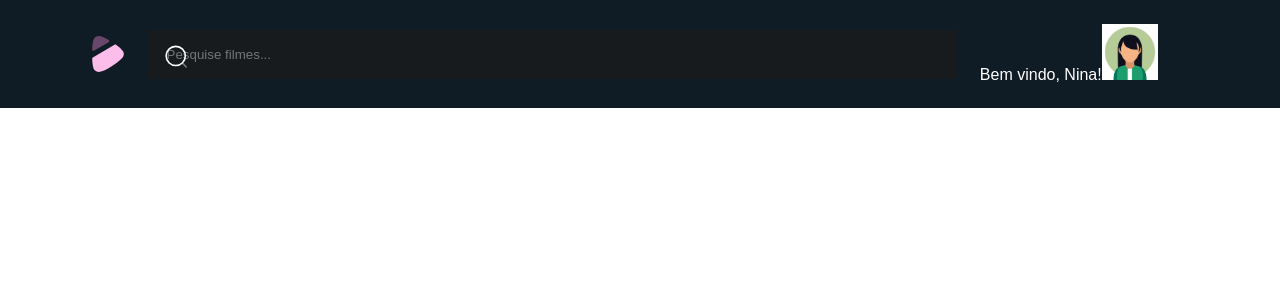
Repository: MilenaMelo/Cubos-Flix
Page: / (app in cubos-flix/)
An editor plug-in stored every save of this project. The page is shown before and after the next save, followed by the edit.
The browser window is 1280 px wide. The pictures show the whole page.
The project was rebuilt for these pictures with package versions that can differ from the ones it lists, and the page was loaded fresh each time.

Above is the page before, as saved 2021-06-19 13:19:20.

### cubos-flix/public/index.html
<!DOCTYPE html>
<html lang="en">
  <head>
    <meta charset="utf-8" />
    <link rel="icon" href="%PUBLIC_URL%/favicon.ico" />
    <meta name="viewport" content="width=device-width, initial-scale=1" />
    <meta name="theme-color" content="#000000" />
    <meta
      name="description"
      content="Web site created using create-react-app"
    />
    <link rel="apple-touch-icon" href="%PUBLIC_URL%/logo192.png" />
    <link rel="manifest" href="%PUBLIC_URL%/manifest.json" />
    <title>Cubos Flix</title>
  </head>
  <body>
    <noscript>You need to enable JavaScript to run this app.</noscript>
    <div id="root"></div>

  </body>
</html>

### cubos-flix/src/App.js
import './App.css';
import Navbar from './components/Navbar';

function App() {
  return (
    <div className="app">
      <header>
        <Navbar/>
      </header>
    </div>
  );
}

export default App;

### cubos-flix/src/App.css
* {
    margin: 0px;
    font-family: Manrope, sans-serif;
    color: white;
}

.app {
    background-color: #1d2226;
}

### cubos-flix/src/components/Navbar/index.js
import './style.css'
import logo from '../../assets/images/logo.svg'
import search_icon from '../../assets/images/search-icon.svg'
import profile_img from '../../assets/images/profile.jpg'


function Navbar() {
    return (
        <header className='navbar'>
            <img src={logo} alt="logo"/>
            <div className='search-container'>
                <input className='search-input' type="text" name="Pesquisa" placeholder="Pesquise filmes..."/>
                <img className='search-img' src={search_icon} alt="Input de pesquisa"/>
            </div>
            <div className='profile-container'>
                <span>Bem vindo, Nina!</span>
                <img className='profile-img' src={profile_img} alt="Foto de perfil"/>
            </div>
        </header>
    );
}

export default Navbar;

### cubos-flix/src/components/Navbar/style.css
.navbar {
    display: flex;
    align-items: center;
    justify-content: space-evenly;
    padding: 24px 100px 24px 70px;
    color: #fdfdfd;
    background: #0f1c26;
}

.search-container {
    display: flex;
    flex-direction: row;
    width: 70%;
    padding: 14px 16px;
}

.search-container, .search-input {
    outline: 0;
    background: #171b1e;
    border: 1px solid transparent;
}

.search-img {
    width: 24px;
    height: 24px;
    cursor: pointer;
    position: absolute;
}

.profile-img {
    height: 56px;
}

Loaded but not shown: cubos-flix/src/index.js (common file)

After the next save:
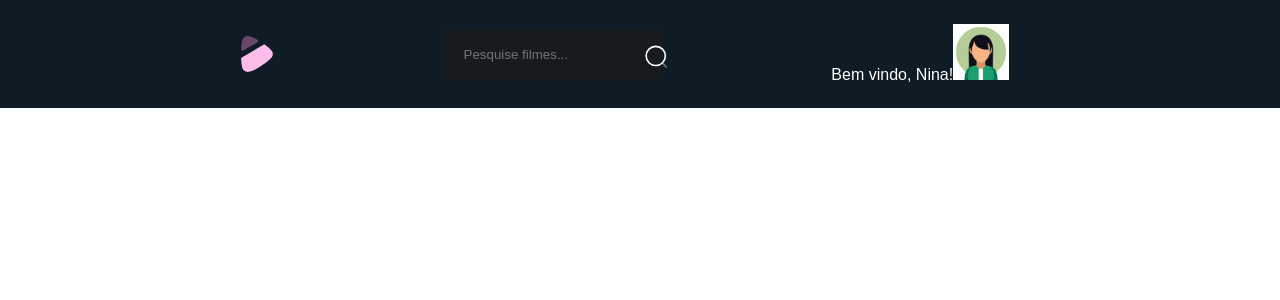
Saved 11 s later.
--- a/cubos-flix/src/components/Navbar/style.css
+++ b/cubos-flix/src/components/Navbar/style.css
@@ -8,9 +8,6 @@
 }
 
 .search-container {
-    display: flex;
-    flex-direction: row;
-    width: 70%;
     padding: 14px 16px;
 }
 
